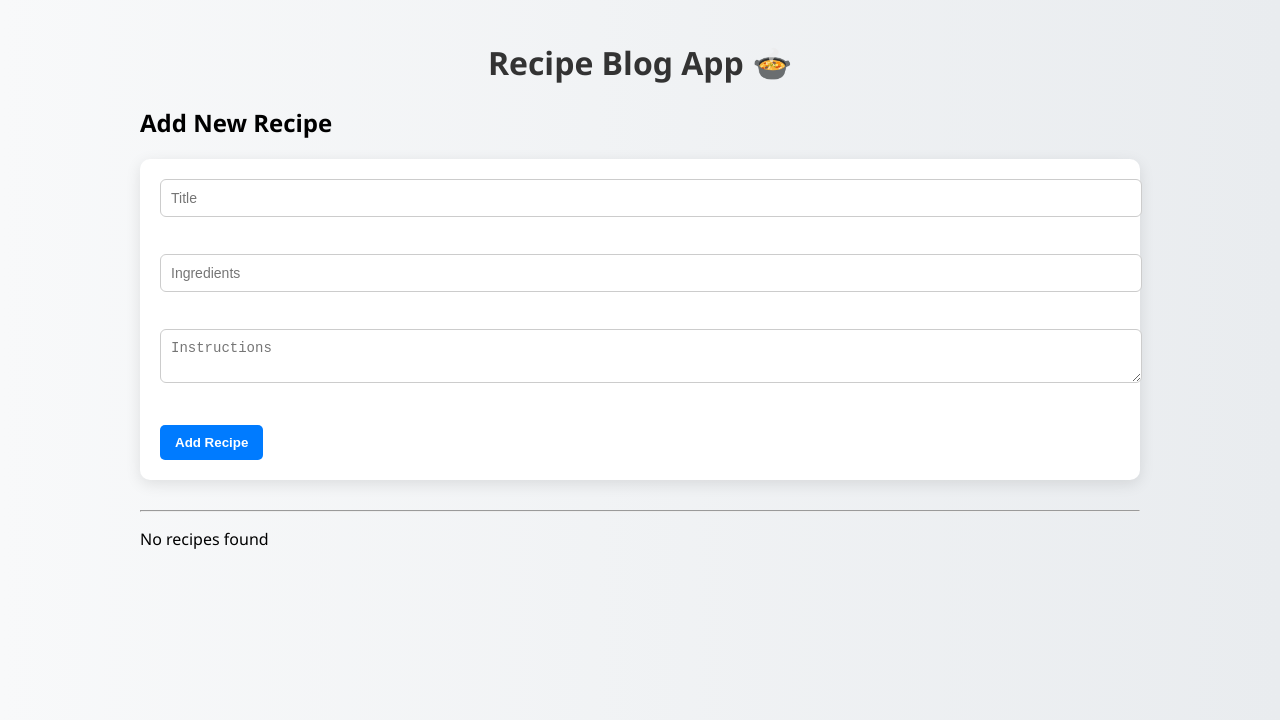
Repository: arshathdevo/recipeblogfrontend
Page: /
An editor plug-in stored every save of this project. The page is shown before and after the next save, followed by the edit.
The browser window is 1280 px wide. The pictures show the whole page.
The page's requests for data from a server got no answer. The project was rebuilt for these pictures with package versions that can differ from the ones it lists, and the page was loaded fresh each time. No one was signed in, and anything a server would have sent is missing.

Above is the page before, as saved 2026-02-14 11:54:54.

### src/App.js
// import React, { useEffect, useState } from "react";
// import axios from "axios";


// function App() {
//   const [recipes, setRecipes] = useState([]);

//   useEffect(() => {
//     fetchRecipes();
//   }, []);

//   const fetchRecipes = async () => {
//     try {
//       const res = await axios.get("http://localhost:5000/api/recipes");
//       setRecipes(res.data);
//     } catch (error) {
//       console.error("Error fetching recipes:", error);
//     }
//   };
//   const [title, setTitle] = useState("");
// const [ingredients, setIngredients] = useState("");
// const [instructions, setInstructions] = useState("");

// const handleSubmit = async (e) => {
//   e.preventDefault();

//   try {
//     await axios.post("http://localhost:5000/api/recipes", {
//       title,
//       ingredients,
//       instructions,
//     });

//     // Clear form
//     setTitle("");
//     setIngredients("");
//     setInstructions("");

//     // Refresh recipe list
//     fetchRecipes();
//   } catch (error) {
//     console.error("Error adding recipe:", error);
//   }
// };


//   return (
//     <div style={{ padding: "20px" }}>
//       <h1>Recipe Blog App 🍲</h1>

//       {recipes.length === 0 ? (
//         <p>No recipes found</p>
//       ) : (
//         recipes.map((recipe) => (
//           <div
//             key={recipe._id}
//             style={{
//               border: "1px solid #ccc",
//               padding: "10px",
//               margin: "10px 0",
//             }}
//           >
//             <h2>Add New Recipe</h2>
// <form onSubmit={handleSubmit}>
//   <input
//     type="text"
//     placeholder="Title"
//     value={title}
//     onChange={(e) => setTitle(e.target.value)}
//   />
//   <br /><br />

//   <input
//     type="text"
//     placeholder="Ingredients"
//     value={ingredients}
//     onChange={(e) => setIngredients(e.target.value)}
//   />
//   <br /><br />

//   <textarea
//     placeholder="Instructions"
//     value={instructions}
//     onChange={(e) => setInstructions(e.target.value)}
//   />
//   <br /><br />

//   <button type="submit">Add Recipe</button>
// </form>

// <hr />

//             <h2>{recipe.title}</h2>
//             <p><strong>Ingredients:</strong> {recipe.ingredients}</p>
//             <p><strong>Instructions:</strong> {recipe.instructions}</p>
//           </div>
//         ))
//       )}
//     </div>
//   );
// }

// export default App;
import "./App.css";
import React, { useEffect, useState } from "react";
import axios from "axios";



function App() {
  const [recipes, setRecipes] = useState([]);
  const [title, setTitle] = useState("");
  const [ingredients, setIngredients] = useState("");
  const [instructions, setInstructions] = useState("");
  const [editId, setEditId] = useState(null);

  useEffect(() => {
    fetchRecipes();
  }, []);

  const fetchRecipes = async () => {
    try {
      const res = await axios.get("http://localhost:5000/api/recipes");
      setRecipes(res.data);
    } catch (error) {
      console.error("Error fetching recipes:", error);
    }
  };

 const handleSubmit = async (e) => {
  e.preventDefault();

  try {
    if (editId) {
      await axios.put(`http://localhost:5000/api/recipes/${editId}`, {
        title,
        ingredients,
        instructions,
      });
      setEditId(null);
    } else {
      await axios.post("http://localhost:5000/api/recipes", {
        title,
        ingredients,
        instructions,
      });
    }

    setTitle("");
    setIngredients("");
    setInstructions("");
    fetchRecipes();
  } catch (error) {
    console.error("Error saving recipe:", error);
  }
};

  const handleDelete = async (id) => {
  try {
    await axios.delete(`http://localhost:5000/api/recipes/${id}`);
    fetchRecipes(); // refresh list
  } catch (error) {
    console.error("Error deleting recipe:", error);
  }
};
const handleEdit = (recipe) => {
  setTitle(recipe.title);
  setIngredients(recipe.ingredients);
  setInstructions(recipe.instructions);
  setEditId(recipe._id);
};



  return (
    <div className="container">
      <h1>Recipe Blog App 🍲</h1>

      {/* ✅ FORM SHOULD BE OUTSIDE MAP */}
      <h2>Add New Recipe</h2>
      <form onSubmit={handleSubmit}>
        <input
          type="text"
          placeholder="Title"
          value={title}
          onChange={(e) => setTitle(e.target.value)}
        />
        <br /><br />

        <input
          type="text"
          placeholder="Ingredients"
          value={ingredients}
          onChange={(e) => setIngredients(e.target.value)}
        />
        <br /><br />

        <textarea
          placeholder="Instructions"
          value={instructions}
          onChange={(e) => setInstructions(e.target.value)}
        />
        <br /><br />

        <button type="submit">Add Recipe</button>
      </form>

      <hr />

      {/* ✅ DISPLAY RECIPES */}
     {recipes.length === 0 ? (
  <p>No recipes found</p>
) : (
  <div className="recipe-grid">
    {recipes.map((recipe) => (

         <div key={recipe._id} className="card">

            <h2>{recipe.title}</h2>
            <p><strong>Ingredients:</strong> {recipe.ingredients}</p>
            <p><strong>Instructions:</strong> {recipe.instructions}</p>
            <div className="button-group">

              <button className="edit-btn" onClick={() => handleEdit(recipe)}>

  Edit
</button>



            <button className="delete-btn" onClick={() => handleDelete(recipe._id)}>

  Delete
</button></div>

          </div>
        ))}
        </div>
      )}
    </div>
  );
}

export default App;

### src/App.css
body {
  margin: 0;
  font-family: 'Segoe UI', Tahoma, Geneva, Verdana, sans-serif;
  background: linear-gradient(to right, #f8f9fa, #e9ecef);
}

.container {
  max-width: 1000px;
  margin: auto;
  padding: 20px;
}

h1 {
  text-align: center;
  color: #333;
}

form {
  background: white;
  padding: 20px;
  border-radius: 10px;
  box-shadow: 0 4px 15px rgba(0, 0, 0, 0.1);
  margin-bottom: 30px;
}

form input,
form textarea {
  width: 100%;
  padding: 10px;
  margin-bottom: 15px;
  border-radius: 6px;
  border: 1px solid #ccc;
  font-size: 14px;
}

form button {
  background-color: #007bff;
  padding: 10px 15px;
  font-weight: bold;
}

form button:hover {
  background-color: #0056b3;
}

.recipe-grid {
  display: grid;
  grid-template-columns: repeat(auto-fit, minmax(280px, 1fr));
  gap: 20px;
}

.card {
  background: white;
  padding: 15px;
  border-radius: 10px;
  box-shadow: 0 4px 12px rgba(0, 0, 0, 0.08);
  transition: transform 0.2s ease;
}

.card:hover {
  transform: translateY(-5px);
}

.card h2 {
  margin-top: 0;
}

.button-group {
  margin-top: 10px;
}

.edit-btn {
  background-color: #28a745;
  margin-right: 10px;
}

.edit-btn:hover {
  background-color: #1e7e34;
}

.delete-btn {
  background-color: #dc3545;
}

.delete-btn:hover {
  background-color: #b02a37;
}

button {
  border: none;
  color: white;
  padding: 8px 12px;
  border-radius: 5px;
  cursor: pointer;
}

Loaded but not shown: src/index.js (common file)

After the next save:
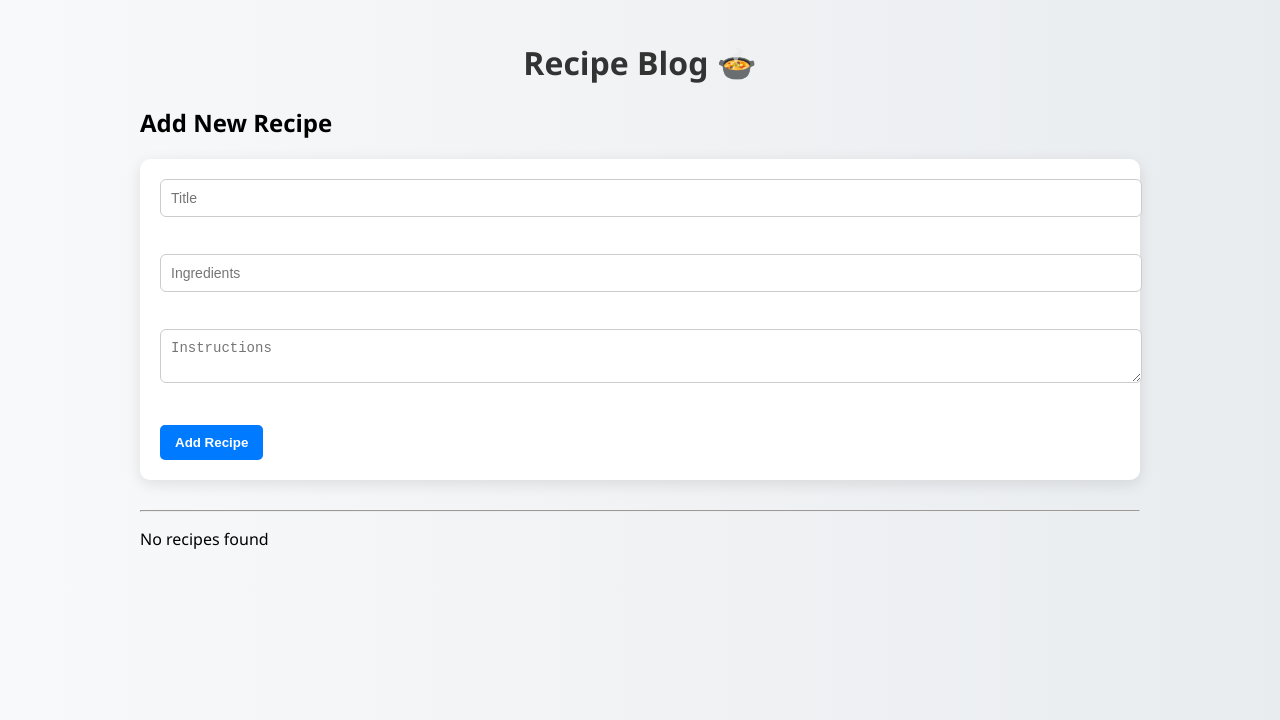
Saved 70 s later.
--- a/src/App.js
+++ b/src/App.js
@@ -174,7 +174,7 @@ const handleEdit = (recipe) => {
 
   return (
     <div className="container">
-      <h1>Recipe Blog App 🍲</h1>
+      <h1>Recipe Blog 🍲</h1>
 
       {/* ✅ FORM SHOULD BE OUTSIDE MAP */}
       <h2>Add New Recipe</h2>
